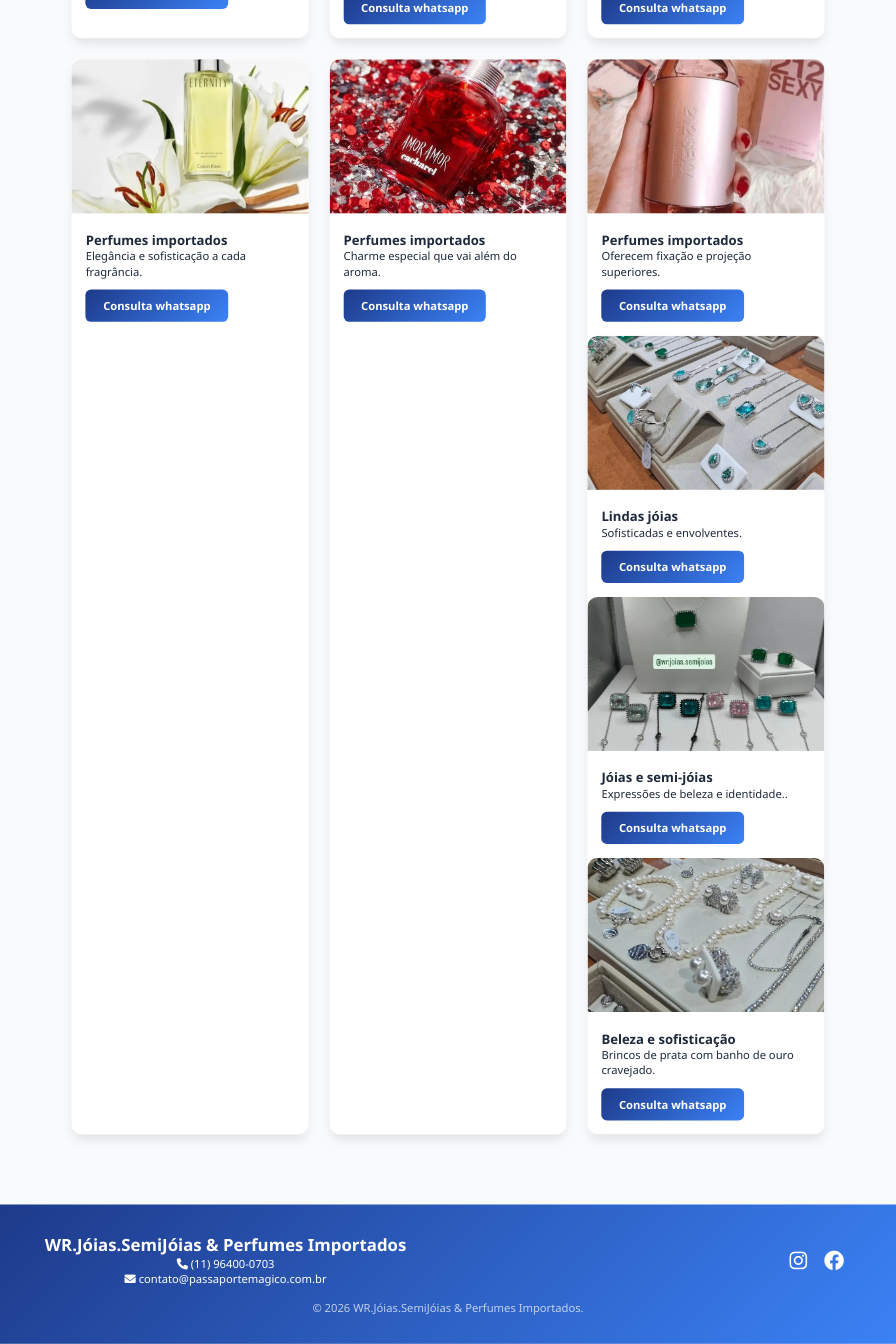
Repository: Sandro1969-tech/joias-perfumes
Page: index.html
An editor plug-in stored every save of this project. The page is shown before and after a run of saves, followed by the edit.
The browser window is 1280 px wide. The pictures show the part of the page from y = 814 to 2734 px (the page is 2734 px tall before and 2712 px after), at 70% of full size.

Above is the page before, as saved 2026-01-28 16:40:00.

### index.html
<!DOCTYPE html>
<html lang="pt-br">
<head>
    <meta charset="UTF-8">
    <meta name="viewport" content="width=device-width, initial-scale=1.0">
    <title>WR.Jóias.SemiJóias & Perfumes Importados</title>
    <link rel="stylesheet" href="https://cdnjs.cloudflare.com/ajax/libs/font-awesome/6.0.0/css/all.min.css">
    <link rel="shortcut icon" href="assets/image/icone.png" type="image/x-icon">

    <style>
        /* VARIÁVEIS DE CORES */
        :root {
            --primary-gradient: linear-gradient(135deg, #1e3a8a, #3b82f6);
            --bg-color: #f8fafc;
            --text-color: #1e293b;
            --card-bg: #ffffff;
            --accent-color: #60a5fa;
            --button-hover: #2563eb;
        }

        [data-theme="dark"] {
            --bg-color: #0f172a;
            --text-color: #f1f5f9;
            --card-bg: #1e293b;
            --accent-color: #3b82f6;
        }

        /* RESET E GERAL */
        * {
            margin: 0; padding: 0; box-sizing: border-box;
            transition: background 0.4s ease, color 0.4s ease;
            font-family: 'Segoe UI', Tahoma, sans-serif;
        }

        body {
            background-color: var(--bg-color);
            color: var(--text-color);
        }

        /* HEADER E MENU */
        header {
            background: var(--primary-gradient);
            padding: 1rem 5%;
            display: flex;
            justify-content: space-between;
            align-items: center;
            position: sticky; top: 0; z-index: 1000;
            box-shadow: 0 4px 10px rgba(0,0,0,0.1);
        }

        .logo img { height: 100px; }

        .nav-container { display: flex; align-items: center; gap: 20px; }

        .nav-links { display: flex; list-style: none; gap: 20px; }

        .nav-links a {
            color: white; text-decoration: none; font-weight: bold;
            transition: 0.3s;
        }
        .nav-links a:hover { color: var(--accent-color); padding-left: 5px; }

        /* BOTÃO TEMA */
        #theme-toggle {
            background: rgba(255,255,255,0.2);
            border: 1px solid white;
            color: white;
            padding: 8px 15px;
            border-radius: 20px;
            cursor: pointer;
            font-weight: bold;
        }

        /* HERO SECTION */
        .hero {
            text-align: center;
            padding: 100px 20px;
            background: var(--primary-gradient);
            color: white;
            clip-path: ellipse(150% 100% at 50% 0%);
        }

        .hero h1 { font-size: 2.5rem; margin-bottom: 10px; }

        /* GRID DE 3 COLUNAS (CORRIGIDO) */
        .destinos-container {
            display: grid;
            grid-template-columns: repeat(3, 1fr); /* 3 colunas fixas no desktop */
            gap: 30px;
            padding: 50px 8%;
            max-width: 1400px;
            margin: 0 auto;
        }

        .card {
            background: var(--card-bg);
            border-radius: 15px;
            overflow: hidden;
            box-shadow: 0 10px 15px -3px rgba(0,0,0,0.1);
            transition: transform 0.3s ease;
        }

        .card:hover { transform: translateY(-10px); }

        .card img { width: 100%; height: 220px; object-fit: cover; }

        .card-content { padding: 20px; }

        /* BOTÕES COM MOVIMENTO SUAVE (CORRIGIDO) */
        .btn-reserva {
            display: inline-block;
            margin-top: 15px;
            padding: 12px 25px;
            background: var(--primary-gradient);
            color: white;
            text-decoration: none;
            border-radius: 8px;
            font-weight: bold;
            transition: all 0.4s cubic-bezier(0.175, 0.885, 0.32, 1.275);
        }

        .btn-reserva:hover {
            background: var(--button-hover);
            transform: scale(1.05) translateX(10px); /* Movimenta para o lado suavemente */
            box-shadow: 0 5px 15px rgba(59, 130, 246, 0.4);
        }

        /* RODAPÉ */
        footer {
            background: var(--primary-gradient);
            color: white;
            padding: 40px 5%;
            text-align: center;
            margin-top: 50px;
        }

        .footer-content {
            display: flex; justify-content: space-between;
            align-items: center; flex-wrap: wrap; gap: 20px;
        }

        .social-icon {
            color: white; font-size: 1.8rem; margin: 0 10px;
            transition: 0.4s; display: inline-block;
        }
        .social-icon:hover { transform: translateY(-8px); color: var(--accent-color); }

        /* RESPONSIVIDADE */
        @media (max-width: 1024px) { .destinos-container { grid-template-columns: repeat(2, 1fr); } }
        @media (max-width: 768px) {
            .destinos-container { grid-template-columns: 1fr; }
            .nav-links { display: none; } /* Simplificado para focar no erro anterior */
        }
    </style>
</head>
<body>

    <header>
        <div class="logo">
            <img src="assets/image/logo.png" alt="Passaporte Mágico">
        </div>
        <nav class="nav-container">
            <ul class="nav-links">
                <li><a href="#">Início</a></li>
                <li><a href="#">Destinos</a></li>
                <li><a href="#">Pacotes</a></li>
                <li><a href="#">Contato</a></li>
            </ul>
            <button id="theme-toggle">Trocar Tema</button>
        </nav>
    </header>

    <section class="hero">
        <h1>WR.Jóias.SemiJóias & Perfumes Importados.</h1>
        <p>Luxo, requinte e sofisticação</p>
    </section>

    <main class="destinos-container">
        <div class="card">
            <img src="assets/image/joia1.png" alt="Brincos">
            <div class="card-content">
                <h3>Brincos de prata</h3>
                <p>Lindas cores a sua escolha.</p>
                <a href="#" class="btn-reserva">Consulta whatsapp</a>
            </div>
        </div>
        <div class="card">
            <img src="assets/image/joia4.png" alt="Brincos">
            <div class="card-content">
                <h3>Brincos</h3>
                <p>Brincos de prata com banho de ouro cravejado.</p>
                <a href="#" class="btn-reserva">Consulta whatsapp</a>
            </div>
        </div>
        <div class="card">
            <img src="assets/image/joia5.png" alt="Bracelete">
            <div class="card-content">
                <h3>Braceletes</h3>
                <p>Braceletes com banho de prata e cravejado.</p>
                <a href="#" class="btn-reserva">Consulta whatsapp</a>
            </div>
        </div>
        <div class="card">
            <img src="assets/image/eternity.png" alt="Perfume">
            <div class="card-content">
                <h3>Perfumes importados</h3>
                <p>Elegância e sofisticação a cada fragrância.</p>
                <a href="#" class="btn-reserva">Consulta whatsapp</a>
            </div>
        </div>
        <div class="card">
            <img src="assets/image/cacharrel.png" alt="Perfume">
            <div class="card-content">
                <h3>Perfumes importados</h3>
                <p>Charme especial que vai além do aroma.</p>
                <a href="#" class="btn-reserva">Consulta whatsapp</a>
            </div>
        </div>
        <div class="card">
            <img src="assets/image/sexy.png" alt="Perfume">
            <div class="card-content">
                <h3>Perfumes importados</h3>
                <p>Oferecem fixação e projeção superiores.</p>
                <a href="#" class="btn-reserva">Consulta whatsapp</a>
            </div>
                    <div class="card">
            <img src="assets/image/joia7.png" alt="joias">
            <div class="card-content">
                <h3>Lindas jóias </h3>
                <p>Sofisticadas e envolventes.</p>
                <a href="#" class="btn-reserva">Consulta whatsapp</a>
            </div>
        <div class="card">
            <img src="assets/image/joia8.png" alt="joias">
            <div class="card-content">
                <h3>Jóias e semi-jóias</h3>
                <p>Expressões de beleza e identidade..</p>
                <a href="#" class="btn-reserva">Consulta whatsapp</a>
            </div>
        <div class="card">
            <img src="assets/image/perola.png" alt="joias">
            <div class="card-content">
                <h3>Beleza e sofisticação</h3>
                <p>Brincos de prata com banho de ouro cravejado.</p>
                <a href="#" class="btn-reserva">Consulta whatsapp</a>
            </div>

        </div>
    </main>

    <footer>
        <div class="footer-content">
            <div class="footer-info">
                <h2>WR.Jóias.SemiJóias & Perfumes Importados</h2>
                <p><i class="fas fa-phone"></i> (11) 96400-0703</p>
                <p><i class="fas fa-envelope"></i> contato@passaportemagico.com.br</p>
            </div>
            <div class="footer-socials">
                <a href="#" class="social-icon"><i class="fab fa-instagram"></i></a>
                <a href="#" class="social-icon"><i class="fab fa-facebook"></i></a>
            </div>
        </div>
        <p style="margin-top:20px; opacity:0.7;">&copy; 2026 WR.Jóias.SemiJóias & Perfumes Importados.</p>
    </footer>

    <script>
        const themeBtn = document.getElementById('theme-toggle');
        const body = document.body;

        themeBtn.onclick = () => {
            if (body.hasAttribute('data-theme')) {
                body.removeAttribute('data-theme');
                localStorage.setItem('theme', 'light');
                themeBtn.innerText = "Trocar Tema";
            } else {
                body.setAttribute('data-theme', 'dark');
                localStorage.setItem('theme', 'dark');
                themeBtn.innerText = "Modo Claro";
            }
        };

        // Verifica preferência salva
        if (localStorage.getItem('theme') === 'dark') {
            body.setAttribute('data-theme', 'dark');
            themeBtn.innerText = "Modo Claro";
        }
    </script>
</body>
</html>

After the next 2 saves:
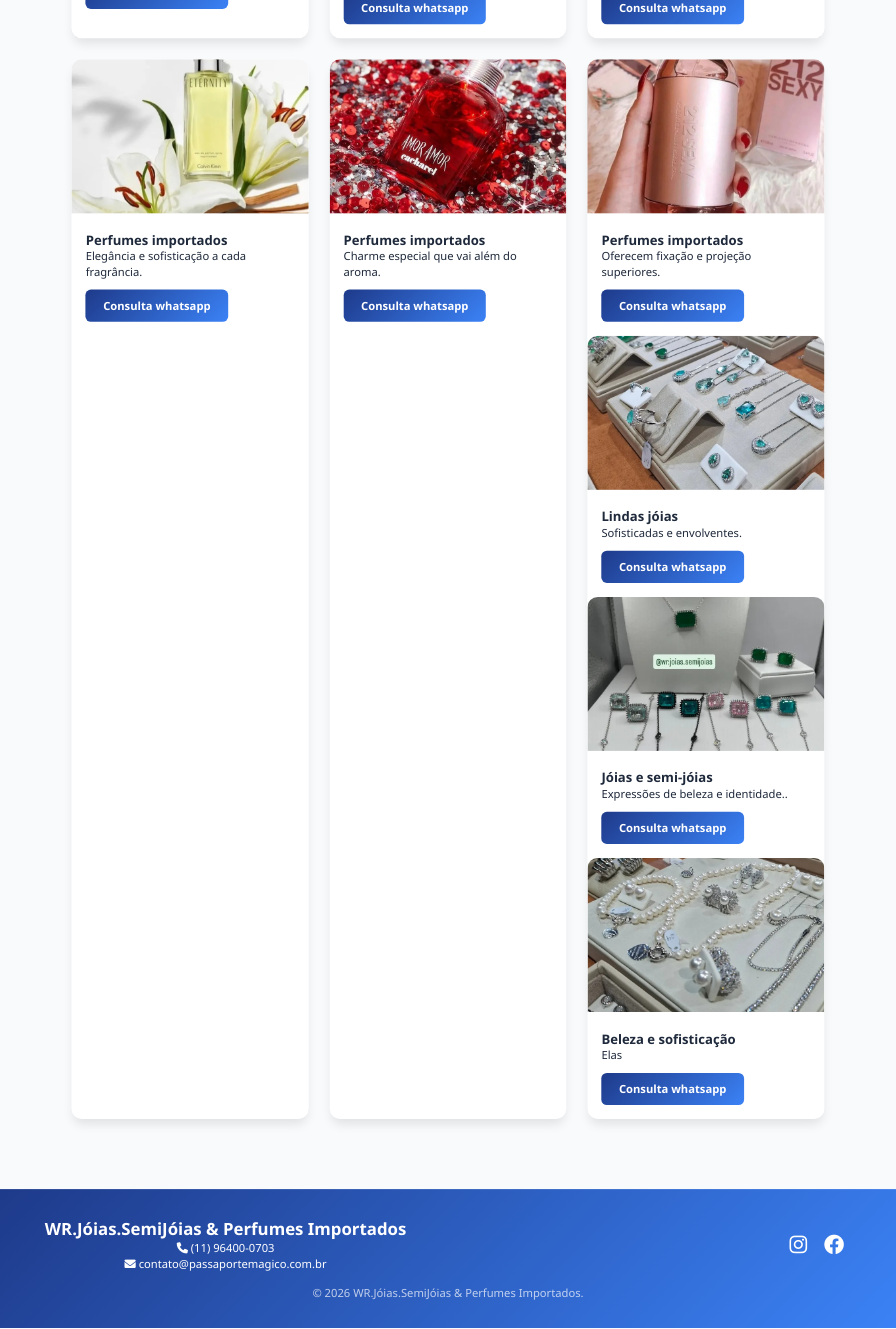
The 2 saves are shown as one change because they came seconds apart.
The last was saved 23 s later.
--- a/index.html
+++ b/index.html
@@ -241,7 +241,7 @@
             <img src="assets/image/perola.png" alt="joias">
             <div class="card-content">
                 <h3>Beleza e sofisticação</h3>
-                <p>Brincos de prata com banho de ouro cravejado.</p>
+                <p>Elas </p>
                 <a href="#" class="btn-reserva">Consulta whatsapp</a>
             </div>
 
